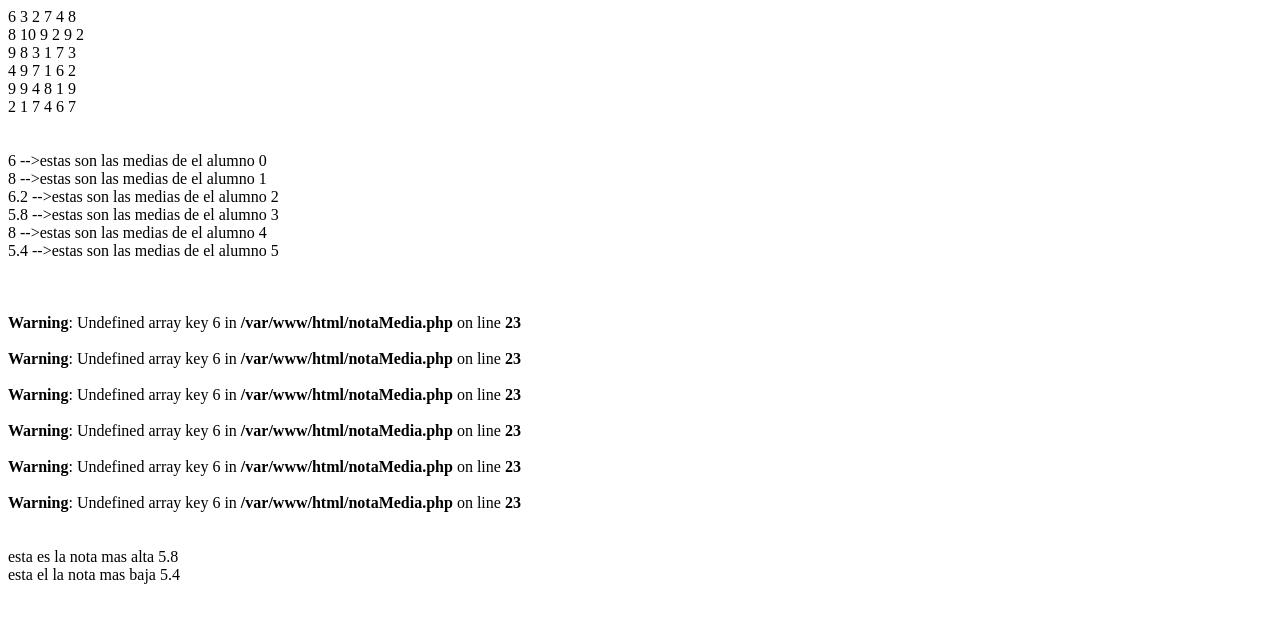
Repository: Sxcram02/1-daw
Page: http://localhost/notaMedia.php
An editor plug-in stored every save of this project. The page is shown before and after the next save, followed by the edit.
The browser window is 1280 px wide. The pictures show the whole page.
The page is run by PHP 8.4 with error messages shown; the project is at /var/www/html/.

Above is the page before, as saved 2023-01-19 16:51:17.

After the next save:
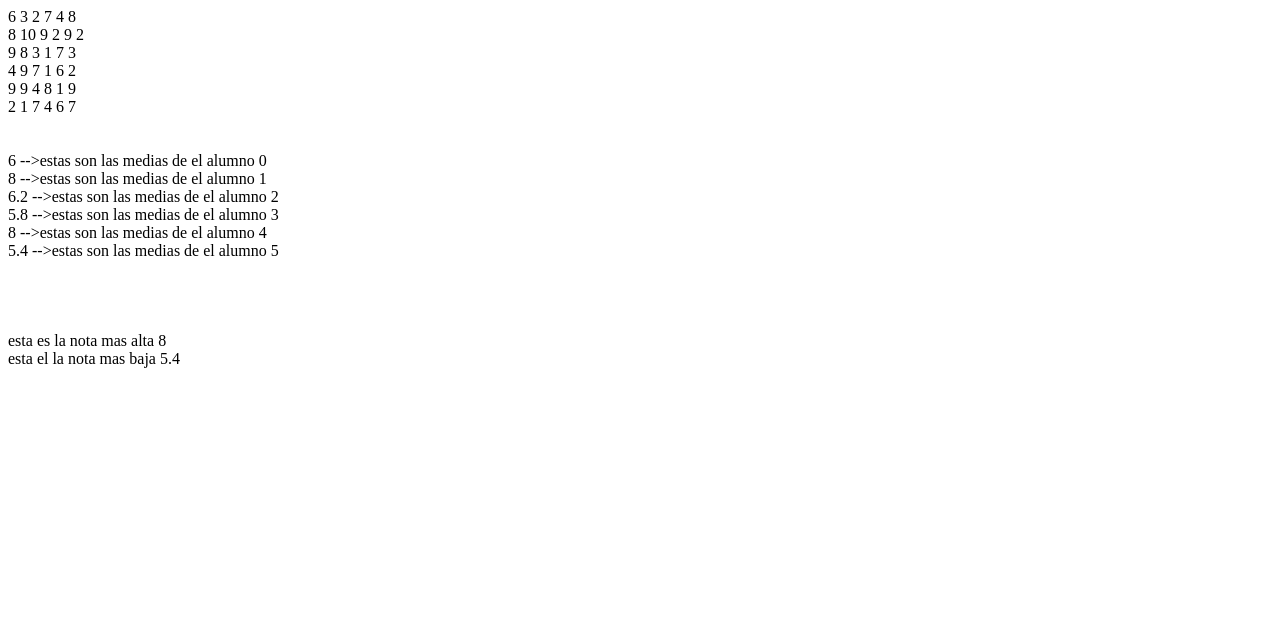
Saved 9 s later.
--- a/PHP/notaMedia.php
+++ b/PHP/notaMedia.php
@@ -20,7 +20,7 @@
 
     for($may=0;$may<=5;$may++){
         for($men=0;$men<=5;$men++){
-            if($nota_media[$may] < $nota_media[$men+1]){
+            if($nota_media[$may] < $nota_media[$men]){
                 $mayor = $nota_media[$men];
             };
             if($nota_media[$may] > $nota_media[$men]){
